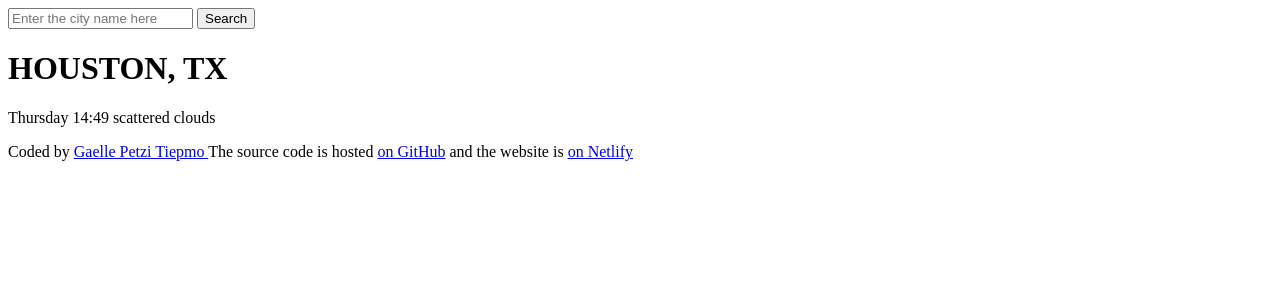
Repository: OnwardForward/meteo.by.gaelle
Page: meteo.appbygaelle.html
An editor plug-in stored every save of this project. The page is shown before and after the next save, followed by the edit.
The browser window is 1280 px wide. The pictures show the whole page.

Above is the page before, as saved 2024-04-18 13:55:41.

### meteo.appbygaelle.html
<!DOCTYPE html>
<html lang="en">
<head>
    <meta charset="UTF-8">
    <meta name="viewport" content="width=device-width, initial-scale=1.0">
    <title>Meteo By Gaelle</title>
</head>
<body>
   <header>
    <form>
        <input type="search" placeholder="Enter the city name here" required />
        <input type="submit" value="Search" />
    </form>
   </header>
   <main>
    <div>
        <h1>HOUSTON, TX</h1>
        <p>
            Thursday 14:49 scattered clouds
            <br />

        </p>
    </div>
   </main>




</body>
<footer>
    Coded by <a href="https://github.com/OnwardForward" target="_blank"> Gaelle Petzi Tiepmo </a>
    The source code is hosted <a href="https://github.com/OnwardForward/meteo.by.gaelle" target="_blank">on GitHub</a>
    and the website is <a href="https://meteo-app-by-gaellept.netlify.app/" target="_blank"> on Netlify</a>
</footer>
</html>

After the next save:
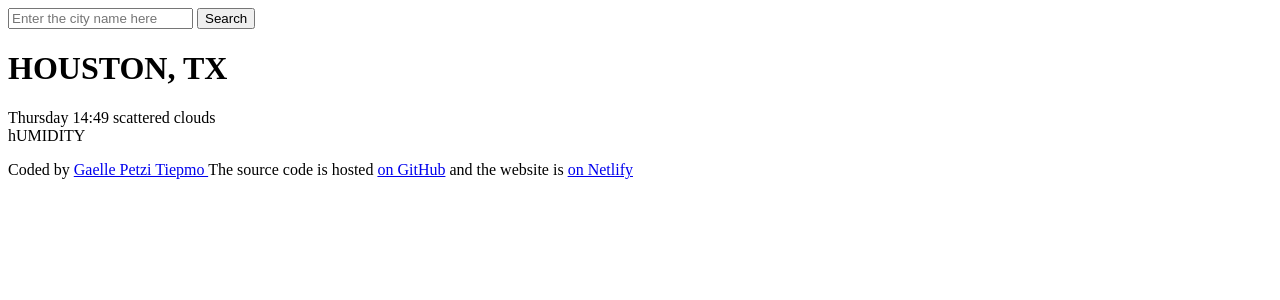
Saved 4 s later.
--- a/meteo.appbygaelle.html
+++ b/meteo.appbygaelle.html
@@ -18,7 +18,7 @@
         <p>
             Thursday 14:49 scattered clouds
             <br />
-
+            hUMIDITY
         </p>
     </div>
    </main>
